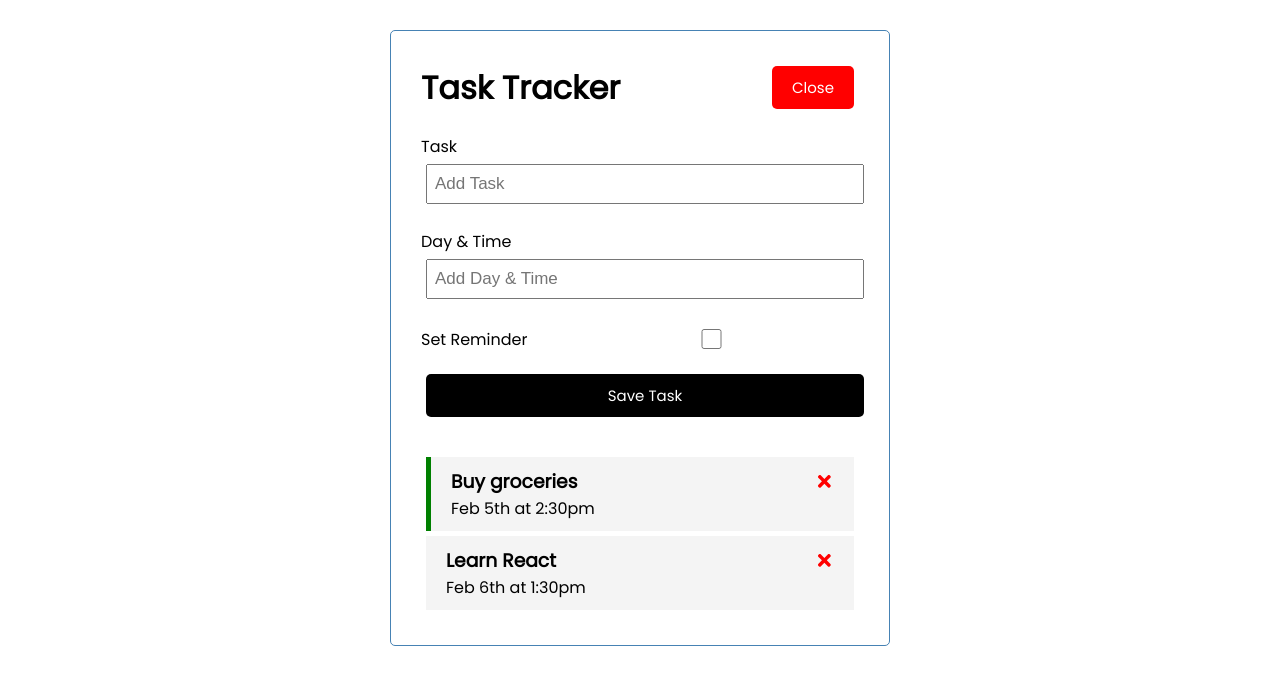
Repository: Samkiroko/task-tracker-app
Page: /, after clicking the first element matching `button.btn`
These files come from the project's save history. The page is drawn as it stood at one moment and after the next save; the edit follows.
The browser window is 1280 px wide. The pictures show the whole page.
The project was rebuilt for these pictures with package versions that can differ from the ones it lists, and the page was loaded fresh each time.

Above is the page before, as saved 2021-08-04 22:25:10.

### public/index.html
<!DOCTYPE html>
<html lang="en">

<head>
    <meta charset="utf-8" />
    <link rel="icon" href="%PUBLIC_URL%/favicon.ico" />
    <meta name="viewport" content="width=device-width, initial-scale=1" />
    <meta name="theme-color" content="#000000" />
    <meta name="description" content="Web site created using create-react-app" />
    <link rel="apple-touch-icon" href="%PUBLIC_URL%/logo192.png" />

    <link rel="manifest" href="%PUBLIC_URL%/manifest.json" />

    <title>Task tracker App</title>
</head>

<body>
    <div id="root"></div>
</body>

</html>

### src/index.css
@import url('https://fonts.googleapis.com/css2?family=Poppins:wght@300;400&display=swap');
* {
    box-sizing: border-box;
    margin: 0;
    padding: 0;
}

body {
    font-family: 'Poppins', sans-serif;
}

.container {
    max-width: 500px;
    margin: 30px auto;
    overflow: auto;
    min-height: 300px;
    border: 1px solid steelblue;
    padding: 30px;
    border-radius: 5px;
}

.header {
    display: flex;
    justify-content: space-between;
    align-items: center;
    margin-bottom: 20px;
}

.btn {
    display: inline-block;
    background: #000;
    color: #fff;
    border: none;
    padding: 10px 20px;
    margin: 5px;
    border-radius: 5px;
    cursor: pointer;
    text-decoration: none;
    font-size: 15px;
    font-family: inherit;
}

.btn:focus {
    outline: none;
}

.btn:active {
    transform: scale(0.98);
}

.btn-block {
    display: block;
    width: 100%;
}

.task {
    background: #f4f4f4;
    margin: 5px;
    padding: 10px 20px;
    cursor: pointer;
}

.task.reminder {
    border-left: 5px solid green;
}

.task h3 {
    display: flex;
    align-items: center;
    justify-content: space-between;
}

.add-form {
    margin-bottom: 40px;
}

.form-control {
    margin: 20px 0;
}

.form-control label {
    display: block;
}

.form-control input {
    width: 100%;
    height: 40px;
    margin: 5px;
    padding: 3px 7px;
    font-size: 17px;
}

.form-control-check {
    display: flex;
    align-items: center;
    justify-content: space-between;
}

.form-control-check label {
    flex: 1;
}

.form-control-check input {
    flex: 2;
    height: 20px;
}

footer {
    margin-top: 30px;
    text-align: center;
}

### src/App.js
import { useState } from 'react';
import AddTask from './components/AddTask';
import Header from './components/Header';
import Task from './components/Tasks';

function App() {
  const [showAddTask, setShowAddTask] = useState(false);
  const [tasks, setTasks] = useState([
    {
      id: 1,
      text: 'Buy groceries',
      day: 'Feb 5th at 2:30pm',
      reminder: true,
    },
    {
      id: 2,
      text: 'Learn React',
      day: 'Feb 6th at 1:30pm',
      completed: false,
    },
  ]);

  // Add Task
  const addTask = (task) => {
    const id = Math.floor(Math.random() * 10000) + 1;
    const newTask = {
      id,
      ...task,
    };
    setTasks([...tasks, newTask]);
  };

  // Delete Task
  const deleteTask = (id) => {
    setTasks(tasks.filter((task) => task.id !== id));
  };

  //  Toggle reminder
  const toggleReminder = (id) => {
    setTasks(
      tasks.map((task) =>
        task.id === id ? { ...task, reminder: !task.reminder } : task,
      ),
    );
  };

  return (
    <div className="container">
      <Header
        title="Task Tracker"
        onAdd={() => setShowAddTask(!showAddTask)}
        showAdd={showAddTask}
      />
      {showAddTask && <AddTask onAdd={addTask} />}
      {tasks.length > 0 ? (
        <Task tasks={tasks} onDelete={deleteTask} onToggle={toggleReminder} />
      ) : (
        <div>No Tasks</div>
      )}
    </div>
  );
}

export default App;

### src/components/AddTask.js
import { useState } from 'react';

const AddTask = ({ onAdd }) => {
  const [text, setText] = useState('');
  const [day, setDay] = useState('');
  const [reminder, setReminder] = useState(false);

  const onSubmit = (e) => {
    e.preventDefault();

    if (!text) {
      alert('Please add a task');
      return;
    }

    onAdd({ text, day, reminder });

    setText('');
    setDay('');
    setReminder(false);
  };

  return (
    <form className="add-form" onSubmit={onSubmit}>
      <div className="form-control">
        <label>Task</label>
        <input
          type="text"
          placeholder="Add Task"
          value={text}
          onChange={(e) => setText(e.target.value)}
        />
      </div>
      <div className="form-control">
        <label>Day & Time</label>
        <input
          type="text"
          placeholder="Add Day & Time"
          value={day}
          onChange={(e) => setDay(e.target.value)}
        />
      </div>
      <div className="form-control form-control-check">
        <label>Set Reminder</label>
        <input
          type="checkbox"
          checked={reminder}
          value={reminder}
          onChange={(e) => setReminder(e.currentTarget.checked)}
        />
      </div>

      <input type="submit" value="Save Task" className="btn btn-block" />
    </form>
  );
};

export default AddTask;

### src/components/Header.js
import React from 'react';
import Button from './Button';

const Header = ({ title, onAdd, showAdd }) => {
  return (
    <header className="header">
      <h1>{title}</h1>
      <Button
        color={showAdd ? 'red' : 'green'}
        text={showAdd ? 'Close' : 'Add'}
        onClick={onAdd}
      />
    </header>
  );
};

export default Header;

### src/components/Tasks.js
import Task from './Task';

const Tasks = ({ tasks, onDelete, onToggle }) => {
  return (
    <>
      {tasks.map((task) => (
        <Task
          key={task.id}
          task={task}
          onDelete={onDelete}
          onToggle={onToggle}
        />
      ))}
    </>
  );
};

export default Tasks;

### src/components/Button.js
import PropTypes from 'prop-types';
import React from 'react';

const Button = ({ color, text, onClick }) => {
  return (
    <button
      onClick={onClick}
      style={{ backgroundColor: color }}
      className="btn">
      {text}
    </button>
  );
};

Button.defaultProps = {
  color: 'steelblue',
};

Button.propTypes = {
  color: PropTypes.string,
  text: PropTypes.string,
  onClick: PropTypes.func,
};

export default Button;

### src/components/Task.js
import React from 'react';
import { FaTimes } from 'react-icons/fa';

const Task = ({ task, onDelete, onToggle }) => {
  return (
    <div
      className={`task ${task.reminder ? 'reminder' : ''}`}
      onDoubleClick={() => onToggle(task.id)}>
      <h3>
        {task.text}
        <FaTimes
          style={{ color: 'red', cursor: 'pointer' }}
          onClick={() => onDelete(task.id)}
        />
      </h3>
      <p>{task.day}</p>
    </div>
  );
};

export default Task;

Loaded but not shown: src/index.js (common file)

After the next save:
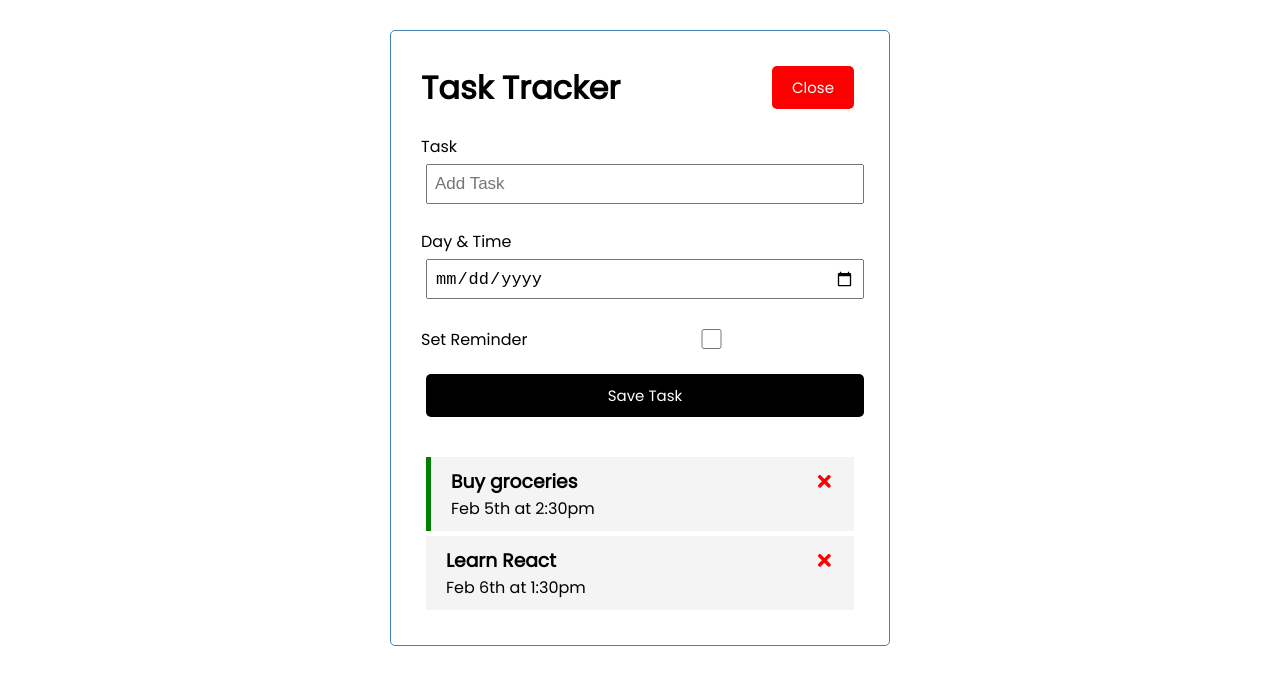
Saved 17 min 51 s later.
--- a/src/components/AddTask.js
+++ b/src/components/AddTask.js
@@ -34,7 +34,7 @@ const AddTask = ({ onAdd }) => {
       <div className="form-control">
         <label>Day & Time</label>
         <input
-          type="text"
+          type="date"
           placeholder="Add Day & Time"
           value={day}
           onChange={(e) => setDay(e.target.value)}
